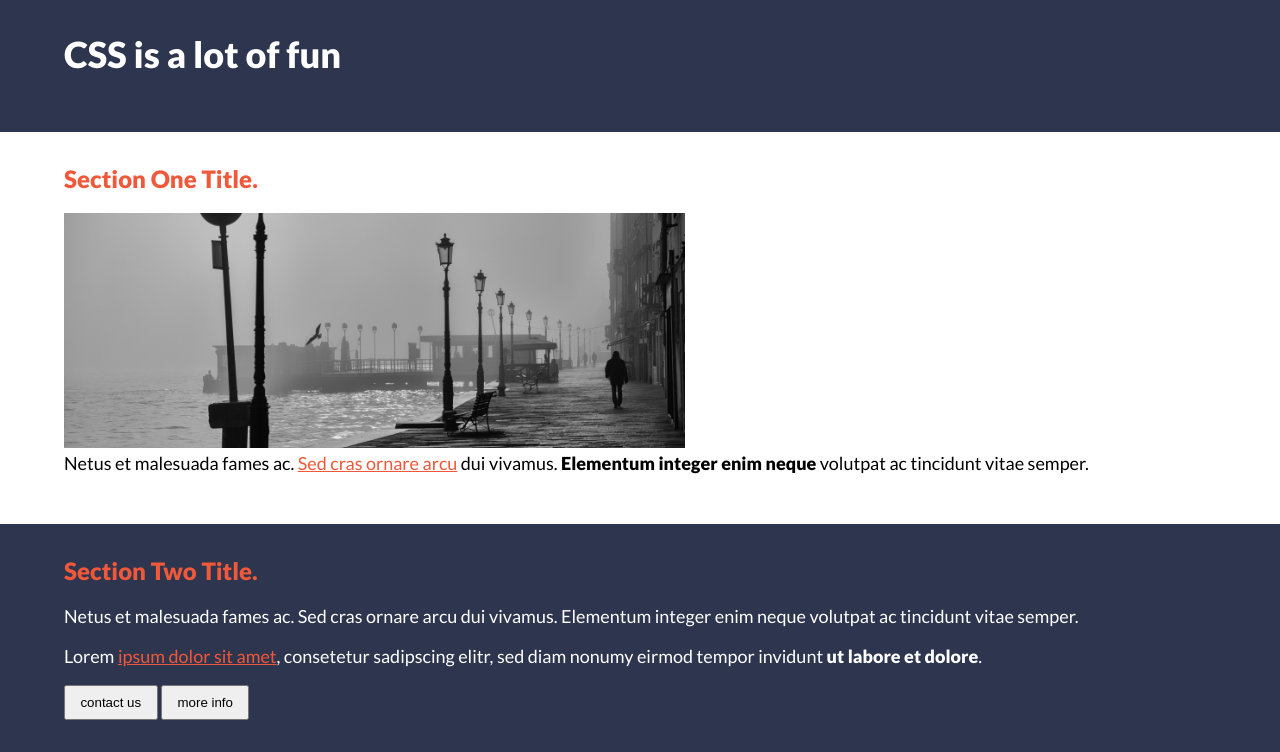
Repository: Doumham-Armah/sample-landing-page
Page: index.html
An editor plug-in stored every save of this project. The page is shown before and after the next save, followed by the edit.
The browser window is 1280 px wide. The pictures show the whole page.

Above is the page before, as saved 2021-08-16 13:47:58.

### index.html
<!DOCTYPE html>
<html lang="en">
  <head>
    <meta charset="UTF-8" />
    <meta http-equiv="X-UA-Compatible" content="IE=edge" />
    <meta name="viewport" content="width=device-width, initial-scale=1.0" />
    <title>Document</title>
    <link rel="preconnect" href="https://fonts.googleapis.com" />
    <link rel="preconnect" href="https://fonts.gstatic.com" crossorigin />
    <link rel="preconnect" href="https://fonts.googleapis.com" />
    <link rel="preconnect" href="https://fonts.gstatic.com" crossorigin />
    <link
      href="https://fonts.googleapis.com/css2?family=Lato:wght@400;900&display=swap"
      rel="stylesheet"
    />
    <link href="./style.css" rel="stylesheet" />
  </head>

  <body>
    <header>
      <div class="container">
        <h1>CSS is a lot of fun</h1>
      </div>
    </header>

    <section class="section-one">
      <div class="container">
        <h2>Section One Title.</h2>
        <img src="./images/boardwalk.png" alt="boardwalk image" />
        <p>
          Netus et malesuada fames ac. <a href="#">Sed cras ornare arcu</a> dui
          vivamus. <strong>Elementum integer enim neque</strong> volutpat ac
          tincidunt vitae semper.
        </p>
      </div>
    </section>

    <section class="section-two">
      <div class="container">
        <h2>Section Two Title.</h2>
        <p>
          Netus et malesuada fames ac. Sed cras ornare arcu dui vivamus.
          Elementum integer enim neque volutpat ac tincidunt vitae semper.
        </p>
        <p>
          Lorem <a href="#">ipsum dolor sit amet</a>, consetetur sadipscing
          elitr, sed diam nonumy eirmod tempor invidunt
          <strong>ut labore et dolore</strong>.
        </p>
        <button class="btn btn-accent">contact us</button>
        <button class="btn btn-white">more info</button>
      </div>
    </section>
  </body>
</html>

### style.css
body {
  margin: 0;
  font-family: "Lato", sans-serif;
  font-size: 18px;
}

h1,
h2,
p {
  margin-top: 0;
}
h1 {
  font-size: 36px;
}
h2 {
  font-size: 24px;
  color: #ef5839;
}

h1,
h2,
strong {
  font-weight: 900;
}
a {
  color: #ef5839;
}

a:hover,
a:focus {
  color: #d4b44c;
}

.container {
  padding: 2rem 4rem;
}
header,
.section-two {
  background-color: #2e354f;
  color: white;
}

.btn {
  padding: 0.5rem 0.9rem;
}

After the next save:
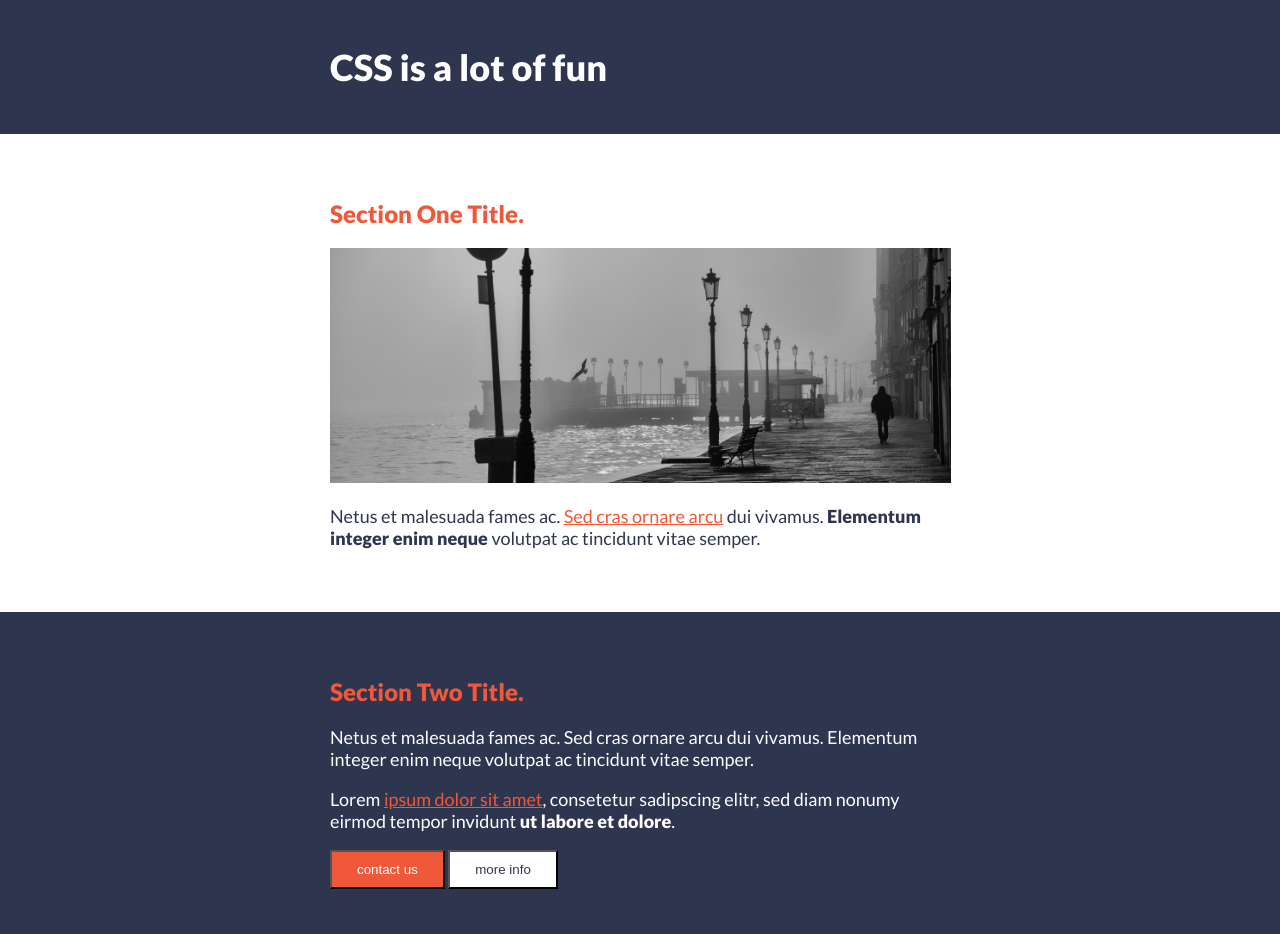
Saved 27 min 31 s later.
--- a/style.css
+++ b/style.css
@@ -1,20 +1,8 @@
 body {
   margin: 0;
+  font-size: 18px;
   font-family: "Lato", sans-serif;
-  font-size: 18px;
-}
-
-h1,
-h2,
-p {
-  margin-top: 0;
-}
-h1 {
-  font-size: 36px;
-}
-h2 {
-  font-size: 24px;
-  color: #ef5839;
+  color: #2e354f;
 }
 
 h1,
@@ -22,6 +10,19 @@ h2,
 strong {
   font-weight: 900;
 }
+
+/* Typography */
+
+h1 {
+  font-size: 36px;
+  margin: 0;
+}
+
+h2 {
+  font-size: 24px;
+  color: #ef5839;
+}
+
 a {
   color: #ef5839;
 }
@@ -31,15 +32,53 @@ a:focus {
   color: #d4b44c;
 }
 
-.container {
-  padding: 2rem 4rem;
-}
-header,
-.section-two {
-  background-color: #2e354f;
-  color: white;
+/* Buttons */
+
+.btn {
+  display: inline-block;
+  padding: 10px 25px;
+  text-decoration: none;
 }
 
-.btn {
-  padding: 0.5rem 0.9rem;
+.btn-accent {
+  background: #ef5839;
+  color: #fff;
 }
+
+.btn-accent:hover {
+  color: #2e354f;
+  background: #d4b44c;
+}
+
+.btn-white {
+  background: #fff;
+  color: #2e354f;
+}
+
+.btn-white:hover {
+  color: #2e354f;
+  background: #999;
+}
+
+/* Layout */
+
+header {
+  background: #2e354f;
+  padding: 45px 0;
+  color: #fff;
+}
+
+section {
+  padding: 45px 0;
+}
+
+.container {
+  width: 620px;
+  margin: 0 auto;
+  /* border: 2px solid magenta; */
+}
+
+.section-two {
+  background: #2e354f;
+  color: #fff;
+}
